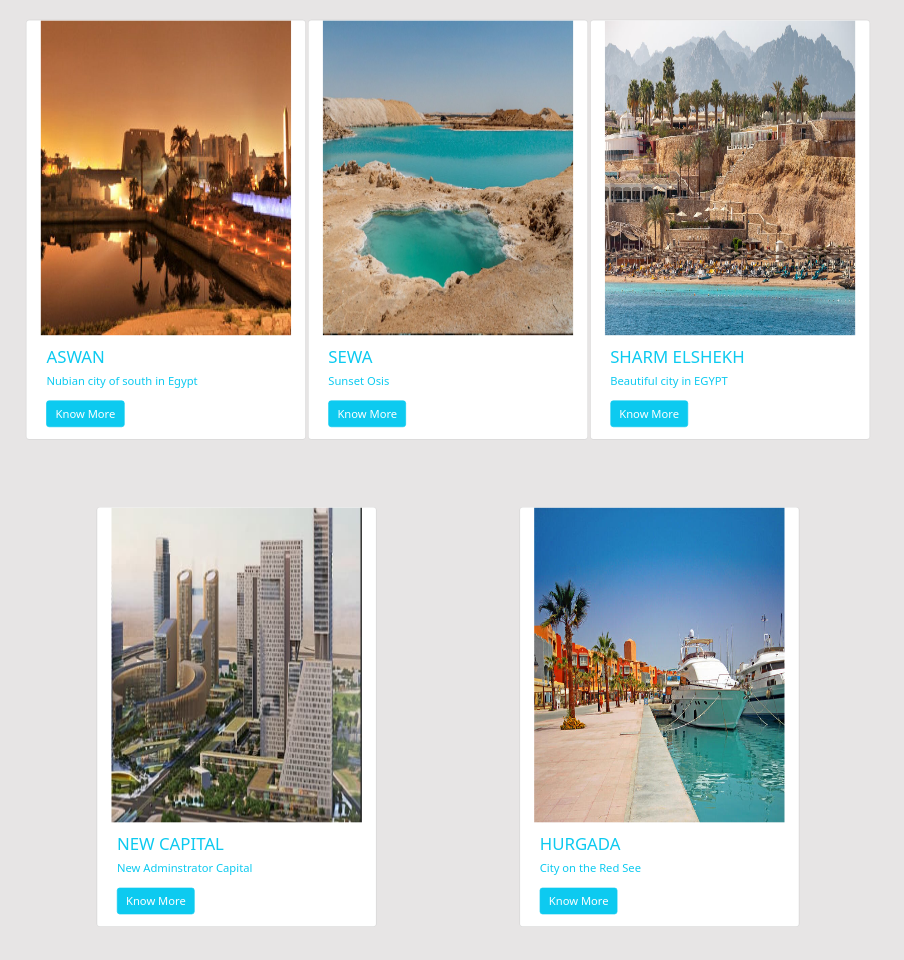
Repository: Ahmed123rezk123/P-temp
Page: index.html
An editor plug-in stored every save of this project. The page is shown before and after the next save, followed by the edit.
The browser window is 1280 px wide. The page is 1292 px wide, so the pictures cover 1292 px, including what lies to the right of the window. The pictures show the part of the page from y = 4313 to 6193 px (the page is 5685 px tall before and 6193 px after), at 70% of full size.
Backgrounds fixed to the window are drawn as part of the page.

Above is the page before, as saved 2024-02-18 11:48:18.

After the next save:
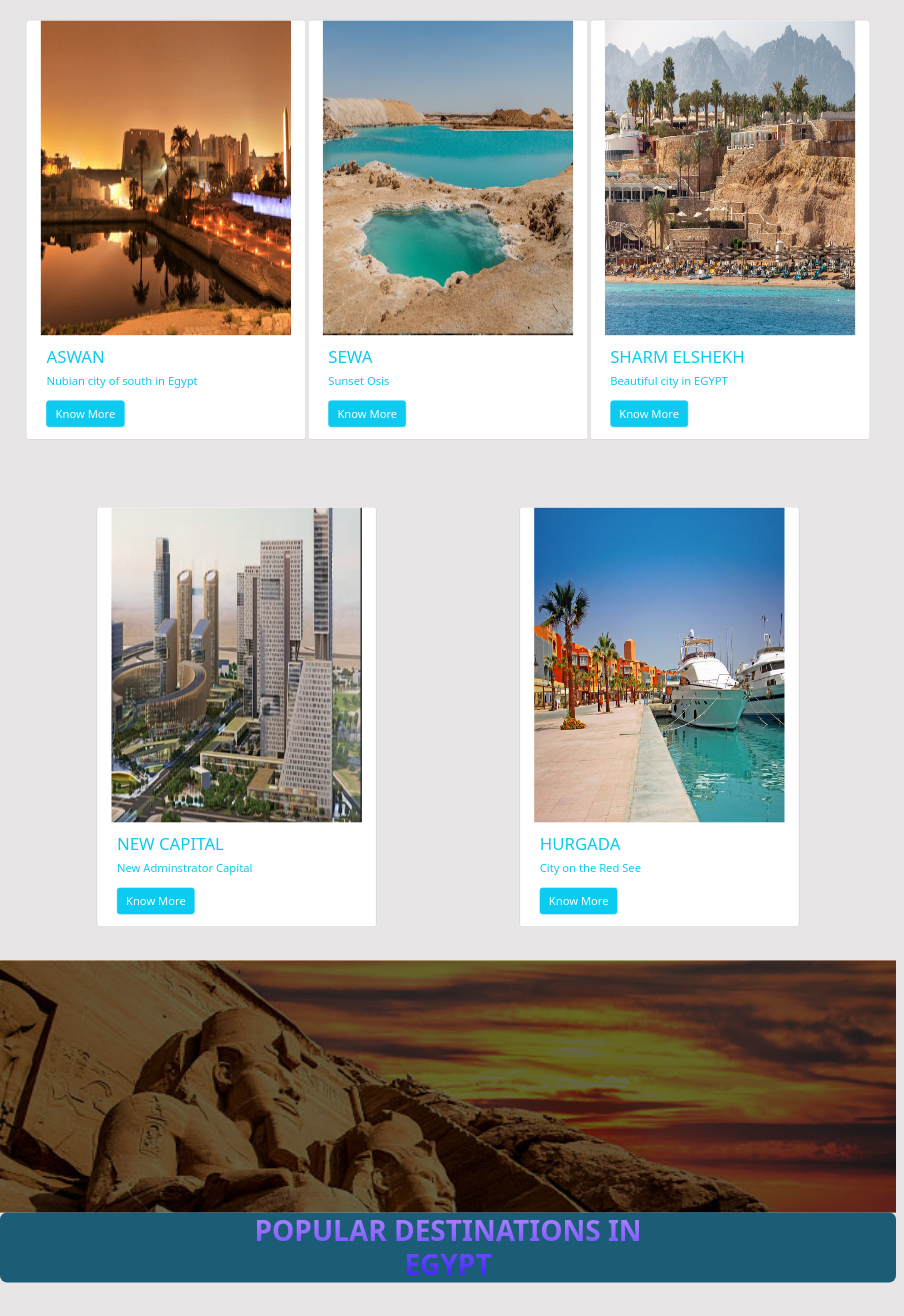
Saved 29 s later.
--- a/index.html
+++ b/index.html
@@ -446,12 +446,18 @@
 
   <!-- End Section 13 -->
 
-<!-- Start Section 14 -->
-
-    <div class="section14">
-
-    </div>
-<!-- End Section 14 -->
+  <div class="section11 ">
+    <div class="overlay">
+     <div class="image">
+     </div>
+    </div>
+     </div>
+    <!-- End Section 11 -->
+      <!-- Start Section 12 -->
+      <div class="section12 text-center mb-5">
+        <h1>Popular destinations in Egypt</h1>
+      </div>
+      <!-- End section 12 -->
 
   <script
       src="https://cdn.jsdelivr.net/npm/bootstrap@5.1.3/dist/js/bootstrap.bundle.min.js"

After the save that followed:
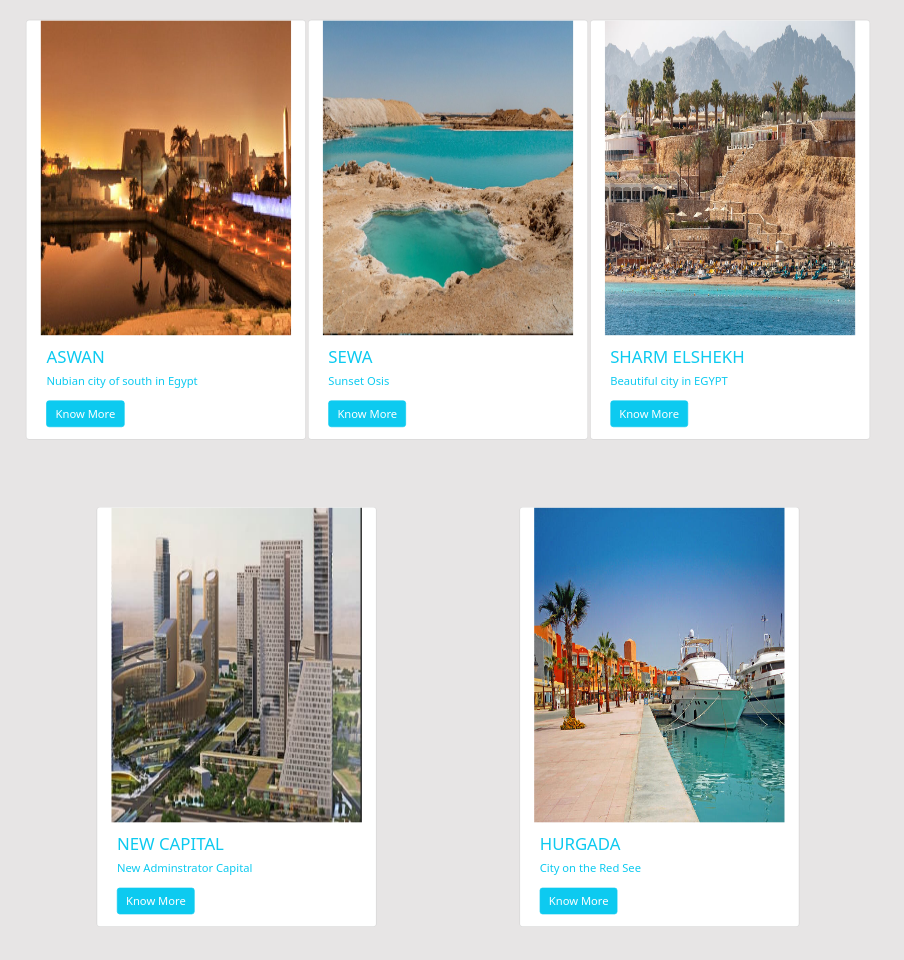
Saved 7 s later.
--- a/index.html
+++ b/index.html
@@ -446,18 +446,12 @@
 
   <!-- End Section 13 -->
 
-  <div class="section11 ">
-    <div class="overlay">
-     <div class="image">
-     </div>
-    </div>
-     </div>
-    <!-- End Section 11 -->
-      <!-- Start Section 12 -->
-      <div class="section12 text-center mb-5">
-        <h1>Popular destinations in Egypt</h1>
-      </div>
-      <!-- End section 12 -->
+<!-- Start Section 14 -->
+
+    <div class="section14">
+
+    </div>
+<!-- End Section 14 -->
 
   <script
       src="https://cdn.jsdelivr.net/npm/bootstrap@5.1.3/dist/js/bootstrap.bundle.min.js"
